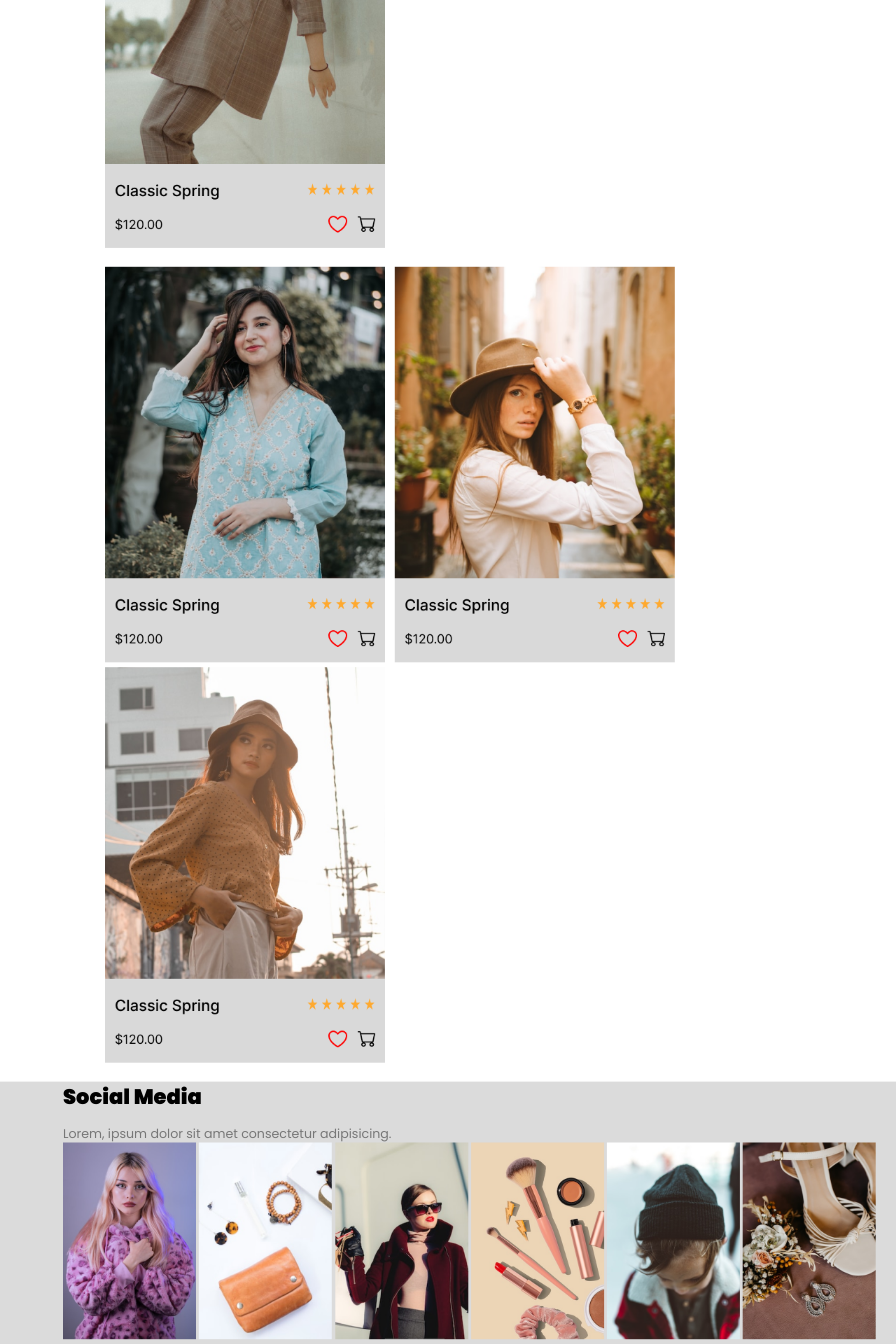
Repository: isaacCodes1/My-Project
Page: lifestyle.html
An editor plug-in stored every save of this project. The page is shown before and after the next save, followed by the edit.
The browser window is 1280 px wide. The pictures show the part of the page from y = 973 to 2893 px (the page is 2893 px tall), at 70% of full size.

Above is the page before, as saved 2024-03-21 18:21:14.

### lifestyle.html
<!DOCTYPE html>
<html lang="en">
  <head>
    <meta charset="UTF-8" />
    <meta name="viewport" content="width=device-width, initial-scale=1.0" />
    <link rel="stylesheet" href="style.css" />
    <link rel="stylesheet" href="Media query.css" />
    <title>Lifestyle Page</title>
  </head>
  <body>
    <main>
      <header>
        <nav>
          <!--------- NavItems ------->
          <div class="image">
            <a href="index.html"
              ><img src="/Assets/Pics/Vector (3).png" />FASHION</a
            >
          </div>
          <div class="navItems">
            <ul>
              <li><a href="catalogue.html">CATALOGUE</a></li>
              <li><a href="fashion.html">FASHION</a></li>
              <li><a href="favourite.html">FAVORITE</a></li>
              <li>
                <a style="color: #000" href="lifestyle.html">LIFESTYLE</a>
              </li>
              <li><a href="FAQ.html">FAQ'S</a></li>
            </ul>
            <a href="form.html"><button>SIGN UP</button></a>
          </div>
        </nav>
      </header>
    </main>
    <section class="faetured">
      <div class="featuredTxt">
        <h1>FEMALE CASUAL</h1>
      </div>
      <div class="featuredImg">
        <img src="/Assets/Group 307.png" alt="" />
        <img src="/Assets/Group 308.png" alt="" />
        <img src="/Assets/Group 309.png " alt="" />
      </div>
    </section>
    <section class="faetured">
      <div class="featuredImg">
        <img src="/Assets/Group 310.png" alt="" />
        <img src="/Assets/Group 311.png" alt="" />
        <img src="/Assets/Group 312.png" alt="" />
      </div>
    </section>
    <section class="foot">
        <div class="genFoot">
          <div class="footTxt">
            <h1>Social Media</h1>
            <p>Lorem, ipsum dolor sit amet consectetur adipisicing.</p>
          </div>
          <div class="footImg">
            <img src="/Assets/Purple girl.png" alt="" />
            <img src="/Assets/tools.png" alt="" />
            <img src="/Assets/Classy.png" alt="" />
            <img src="/Assets/Paint brush.png" alt="" />
            <img src="/Assets/Head.png" alt="" />
            <img src="/Assets/Heels.png" alt="" />
          </div>
        </div>
      </section>
  </body>
</html>

### style.css
@import url("https://fonts.googleapis.com/css2?family=Poppins:ital,wght@0,100;0,200;0,300;0,400;0,500;0,600;0,700;0,800;0,900;1,100;1,200;1,300;1,400;1,500;1,600;1,700;1,800;1,900&display=swap");
* {
  margin: 0;
  padding: 0;
  box-sizing: border-box;
  font-family: "Poppins", sans-serif;
}
nav {
  display: flex;
  align-items: center;
  justify-content: space-between;
  width: 100%;
  padding: 20px 40px;
}

.image a {
  display: flex;
  align-items: center;
  gap: 6px;
  text-decoration: none;
  color: #000;
  font-size: 16px;
  font-weight: 900;
}
.image a img {
  width: 16%;
}
.navItems {
  display: flex;
  gap: 30px;
  align-items: center;
}
.navItems ul {
  display: flex;
  gap: 30px;
  list-style: none;
}
.navItems ul li a {
  text-decoration: none;
  color: #000;
  font-size: 16px;
  font-weight: 500;
}
.navItems ul li a:hover {
  transform: scale(1.05);
  color: #ebd96b;
  font-style: italic;
  border: 1px solid #000;
  transition: 1s ease-in-out;
}
.navItems button {
  border: 0;
  background: #000;
  padding: 10px 20px;
  color: #fff;
  border-radius: 5px;
  font-size: 13px;
}
.navItems button:hover {
  transform: scale(1.05);
  transition: 1s ease-in-out;
  color: #000;
  background: rgb(137, 136, 136);
}
.welcome {
  font-size: 30px;
  font-weight: 900;
  font-style: oblique;
}
.firstPageCont {
  padding: 20px 40px;
}
.FirstPage {
  display: flex;
  flex: 1;
  width: 100%;
  height: 90vh;
  padding: 40px 10px 0px 10px;
  border-radius: 30px;
  background: #f4f6f5;
}
.txtCont {
  display: flex;
  flex: 0.5;
  flex-direction: column;
  gap: 10px;
  padding-left: 40px;
}

.txtCont h1 {
  font-size: 64px;
  font-weight: 900;
  width: 50%;
  line-height: 75px;
}

.txtCont p {
  font-size: 20px;
}
.txtBtn {
  display: flex;
  align-items: center;
  width: 80%;
  margin-top: 10px;
  gap: 10px;
}
.btns {
  border: 0;
  background: #000;
  padding: 10px 20px;
  color: #fff;
  border-radius: 5px;
  font-size: 19px;
}
.btns:hover {
  transform: scale(1.05);
  transition: 1s ease-in-out;
  color: #000;
  background: rgb(137, 136, 136);
}
.txtBtn img {
  width: 100px;
}
.imgCont {
  flex: 0.5;
  display: flex;
  position: relative;
}
.star1 {
  position: absolute;
  top: 5px;
  left: 10px;
}
.star1 img {
  width: 30px;
}
.star2 {
  position: absolute;
  top: 20px;
  left: 450px;
}
.star2 img {
  width: 30px;
}
.star3 {
  position: absolute;
  bottom: 10px;
  left: 70px;
}
.star3 img {
  width: 30px;
}
.star4 {
  position: absolute;
  bottom: 20px;
  left: 400px;
}
.star4 img {
  width: 30px;
}
.spn1 {
  display: flex;
  align-items: center;
  background-image: url(/Assets/Pics/rectangle1.png);
  background-size: cover;
  background-repeat: no-repeat;
  width: 100%;
  padding-left: 20px;
}
.spn2 {
  background-image: url(/Assets/Pics/Rectangle2.png);
  background-size: cover;
  background-repeat: no-repeat;
  padding-right: 50px;
  padding-left: 20px;
}
/* next Page */
.firstPageFooter {
  background: #ebd96b;
  padding: 20px 10px;
  display: flex;
  align-items: center;
  justify-content: center;
}
.logoCont {
  display: flex;
  justify-content: center;
  gap: 100px;
}
.logoCont img {
  width: 7%;
}
.nextPageCont {
  margin-top: 20px;
  padding: 20px 40px;
  display: flex;
  flex-direction: column;
  gap: 55px;
  margin-bottom: 50px;
}
.nextPageText {
  position: relative;
}
.nextPageText h1 {
  font-size: 38px;
  letter-spacing: 1px;
  font-weight: 900;
}
.nextPageText img {
  position: absolute;
  bottom: 5px;
  left: 200px;
  width: 10%;
  z-index: -1;
}
.prettyImages {
  display: flex;
  gap: 35px;
}

.prettyImg img {
  width: 100%;
}
.payDay {
  background: linear-gradient(
    1.32deg,
    #e0c340 0.13%,
    #dfc23e 3.97%,
    #e1c441 7.2%,
    #e3c743 10.13%,
    #e4c542 12.98%,
    #e6c744 15.99%,
    #e7c845 19.52%,
    #e5c643 23.96%,
    #e6c945 30.43%,
    #e3c743 36.49%,
    #e9ca48 42.49%,
    #edce49 49.35%,
    #f0d44c 55.42%,
    #f4d84f 61.43%,
    #f6da52 65.74%,
    #f7db53 72.23%,
    #f9dd55 77.43%,
    #f9df56 83.84%,
    #fae157 91.52%,
    #f9df56 97.87%
  );
}
.yellowTxt {
  flex-direction: column;
  margin-bottom: 10px;
}
.yellowTxt h1 {
  font-size: 65px;
  font-weight: 900;
}
.yellowTxt p {
  font-size: 22px;
  font-weight: 500;
}

.yellowImg img {
  flex: 0.5;
  display: flex;
  width: 600px;
  position: relative;
}

.genDiv {
  display: flex;
  align-items: center;
}
.btn1 {
  border: 0;
  background: #000;
  padding: 15px 25px;
  color: #fff;
  border-radius: 5px;
  font-size: 18px;
  font-weight: 500;
}
.btn:hover {
  transform: scale(1.05);
  transition: 1s ease-in-out;
  color: #000;
  background: rgb(137, 136, 136);
}
.spn3 {
  display: flex;
  background-image: url(/Assets/rectangle1.png);
  background-size: cover;
  background-repeat: no-repeat;
  width: 300px;
}
.nxtSect {
  margin-top: 20px;
  padding: 20px 40px;
  display: flex;
  flex-direction: column;
  gap: 50px;
  margin-bottom: 50px;
}
.Images2 {
  display: flex;
}
.prettyImg2 {
  position: relative;
}
.prettyImg2 img {
  width: 70;
  height: 500px;
  margin-left: 70px;
}
.nextPageCont2 {
  margin-top: 20px;
  padding: 20px 40px;
  display: flex;
  gap: 50px;
  margin-bottom: 50px;
  display: flex;
  justify-content: space-between;
  align-items: center;
}
.nextPageText2 {
  display: flex;
  flex-direction: column;
  margin-left: 50px;
}
.nextPageText2 p {
  margin-bottom: 30px;
  color: #898a89;
}
.nextPageText2 h1 {
  font-size: 30px;
  letter-spacing: 1px;
  font-weight: 900;
}
.nextPageText2 img {
  width: 30%;
  cursor: pointer;
  display: flex;
}
.store {
  display: flex;
  justify-content: space-between;
}
.store a img {
  width: 140px;
  gap: 50px;
}
.circle1 {
  position: absolute;
  right: 350px;
  bottom: 500px;
}
.circle1 img {
  width: 15px;
  height: 15px;
  display: flex;
}
.circley {
  position: absolute;
  right: 0;
  bottom: 470px;
}
.circley img {
  width: 30px;
  height: 30px;
}
.circleye {
  position: absolute;
  right: 400px;
  bottom: 60px;
}
.circleye img {
  width: 17px;
  height: 17px;
}
.circle2 {
  position: absolute;
  right: 0;
  bottom: 100px;
}
.circle2 img {
  width: 10px;
  height: 10px;
}
.elipses {
  position: absolute;
}
.bigC {
  position: absolute;
  right: -12px;
  bottom: 100px;
  z-index: -1;
}
.bigC img {
  width: 300px;
  height: 300px;
  background: transparent;
}

.largeC {
  position: absolute;
  right: -41px;
  bottom: 70px;
  z-index: -1;
}
.largeC img {
  width: 360px;
  height: 360px;
  /* background: transparent; */
}
.largeC1 {
  position: absolute;
  right: -70px;
  bottom: 50px;
  z-index: -1;
}
.largeC1 img {
  width: 420px;
  height: 400px;
}
.footerDiv {
  background: #e5c643;
  padding-bottom: 170px;
}
.h1footer {
  color: #fff;
  text-align: center;
  padding-top: 50px;
  font-size: 30px;
  font-weight: 1000;
}
.pFooter {
  display: flex;
  flex-direction: column;
  justify-content: center;
  align-items: center;
  text-align: center;
  color: #fff;
  font-size: 30px;
}

.input {
  background: #fff;
  width: 40%;
  padding: 5px 0px;
  border-radius: 10px;
}
.input input {
  background: none;
  border: 0;
  padding: 13px 0px 13px 0px;
  width: 76%;
  font-size: 17px;
  outline: 0;
}
.input a {
  font-size: 20px;
  text-decoration: 0;
  color: #fff;
  background: #000;
  padding: 10px 30px;
  border-radius: 5px;
}
.input a:hover {
  transform: scale(1.05);
  transition: 1s ease-in-out;
  color: #000;
  background: rgb(137, 136, 136);
}
.alert {
  border: 1px solid;
  text-decoration: none;
  font-size: 15px;
  background: blue;
  color: #fff;
  border-top-left-radius: 15px;
}
.alert:hover {
  background: black;
  color: #fff;
  border-top-left-radius: 5px;
  transition: 1s ease-in-out;
}
.footDiv {
  display: flex;
  background: #000;

  place-items: center;
  padding: 100px;
}

.footTxt {
  display: flex;
  flex-direction: column;
  gap: 15px;
}
.footTxt h1 {
  color: #fff;
  font-size: 30px;
  font-weight: 900;
}
.footTxt p {
  color: #777;
  font-size: 18px;
}
.socialIcons {
  display: flex;
  gap: 20px;
}

.icon {
  background: #ebd96b;
  width: 30px;
  display: flex;
  align-items: center;
  justify-content: center;
  height: 30px;
  border-radius: 8px;
}
.icon img {
  display: flex;
  align-items: center;
  width: 40px;
  place-items: center;
}
.btn33 {
  background: #000;
  color: #fff;
  padding: 15px;
  border-radius: 7px;
  border: 1px;
  font-size: 16px;
  transition: 1s ease-in-out;
}
.btn33:hover {
  color: #000;
  background: #dbdbdb;
}
.links {
  margin-left: 150px;
  padding-right: 20px;
  margin-bottom: 50px;
}
.links1 a {
  color: #fff;
  font-size: 18px;
  text-decoration: none;
}
.links2 a {
  text-decoration: none;
  color: #777;
  font-size: 11px;
}
.links1 {
  display: flex;
  flex-direction: column;
  color: #fff;
  font-size: 18px;
  margin-top: 0px;
}
.links2 {
  color: #777;
  font-size: 11px;
  padding-top: 5px;
}
.faetured {
  margin-bottom: 20px;
}
.faetured1 {
  margin-bottom: 50px;
}
.featuredTxt h1 {
  font-size: 40px;
  margin-left: 150px;
  margin-bottom: 50px;
}
.featuredImg {
  margin-left: 150px;
}
.featuredImg img {
  margin-right: 10px;
}
.welcome1 {
  font-size: 18px;
  font-weight: bold;
  font-style: italic;
}
.bee {
  margin-bottom: 40px;
}
.beeGen {
  background: url(/Assets/Background.png);
  background-repeat: no-repeat;
  display: flex;
}
.beetxt {
  color: #fff;
  margin-top: 70px;
}
.beetxt h1 {
  font-size: 30px;
  text-align: center;
}
.beetxt p {
  text-align: center;
  font-size: 15px;
}
.bbtn {
  border: 1px #fff;
  padding: 1px;
  font-size: 14px;
  margin-left: 200px;
  background: rgba(58, 56, 56, 0.274);
  transition: 1s ease-in-out;
}
.bbtn:hover {
  color: #000;
  background: #fff;
  transform: scale(1.05);
}
.sign {
  text-decoration: none;
}
.button2 {
  background-color: white;
  color: black;
  border-radius: 10em;
  font-size: 17px;
  font-weight: 600;
  padding: 1em 2em;
  cursor: pointer;
  transition: all 0.3s ease-in-out;
  border: 1px solid black;
  box-shadow: 0 0 0 0 black;
}

.button2:hover {
  transform: translateY(-4px) translateX(-2px);
  box-shadow: 2px 5px 0 0 black;
}

.button2:active {
  transform: translateY(2px) translateX(1px);
  box-shadow: 0 0 0 0 black;
}
.genFoot {
  background: #dbdbdb;
  padding-left: 90px;
}
.footTxt h1, p{
    color: #000;
}

### Media query.css
@media (max-width: 488px) {
  nav {
    flex-direction: column;
    gap: 10px;
    background: #dbdbdb;
  }
  .navItems {
    flex-direction: column;
    gap: 10px;
    color: #fff;
  }
  .navItems ul {
    gap: 15px;
    color: #fff;
    border: 1px solid #000;
  }
  .navItems ul li a {
    font-size: 13px;
  }
  .welcome {
    font-size: 20px;
  }
  .firstPageCont {
    padding: 0px;
  }
  .FirstPage {
    flex-direction: column;
    height: auto;
    padding: 0px;
  }

  .txtCont h1 {
    font-size: 50px;
    width: 100%;
  }
  .txtCont p {
    font-size: 15px;
  }
  .btns {
    font-size: 12px;
    margin-bottom: 20px;
  }
  .imgCont {
    flex-direction: column;
    width: 100%;
    display: none;
  }
  .spn1 {
    display: flex;
    align-items: center;
    background-image: url(/Assets/Pics/rectangle1.png);
    background-size: cover;
    background-repeat: no-repeat;
    width: 60%;
  }
  .spn2 {
    background-image: url(/Assets/Pics/Rectangle2.png);
    background-size: cover;
    background-repeat: no-repeat;
  }
  .logoCont {
    display: flex;
    justify-content: center;
    gap: 20px;
  }
  .logoCont img {
    width: 10%;
  }
  .prettyImages {
    display: flex;
    flex-direction: column;
  }
  .nextPageText img {
    position: absolute;
    bottom: 10px;
    left: 120px;
    width: 30%;
    z-index: -1;
  }
  .cardsContainer {
    display: flex;
    flex-direction: column;
    gap: 20px;
  }
  .genDiv {
    display: flex;
    flex-direction: column;
  }
  .yellowImg img {
    width: 100%;
  }
  .yellowTxt h1 {
    font-size: 40px;
  }
  .spn3 {
    width: 200px;
  }
  .yellowTxt p {
    font-size: 15px;
  }
  .btn {
    font-size: 12px;
  }
  .nextPageCont2 {
    display: flex;
    flex-direction: column;
    margin-bottom: 10px;
  }
  .nextPageText2 {
    margin-left: 0;
  }
  .nextPageText2 h1 {
    font-size: 25px;
  }
  .prettyImg2 {
    display: none;
  }
  .footerDiv {
    margin-left: 0;
  }
  .h1footer {
    font-size: 11px;
    text-align: 20px;
  }
  .pFooter p {
    font-size: 10px;
    margin-bottom: 2 0px;
  }
  .input {
    width: 90%;
  }
  .input::placeholder {
    font-size: 12px;
  }
  .input a {
    font-size: 5px;
  }
  .footDiv {
    display: flex;
    flex-direction: column;
    align-items: center;
  }
  .links {
    margin-left: 5px;
  }
  .icon {
    margin-bottom: 20px;
  }
  .icon img {
    width: 30px;
  }
  .links1 a {
    font-size: 15px;
  }
}

After the next save:
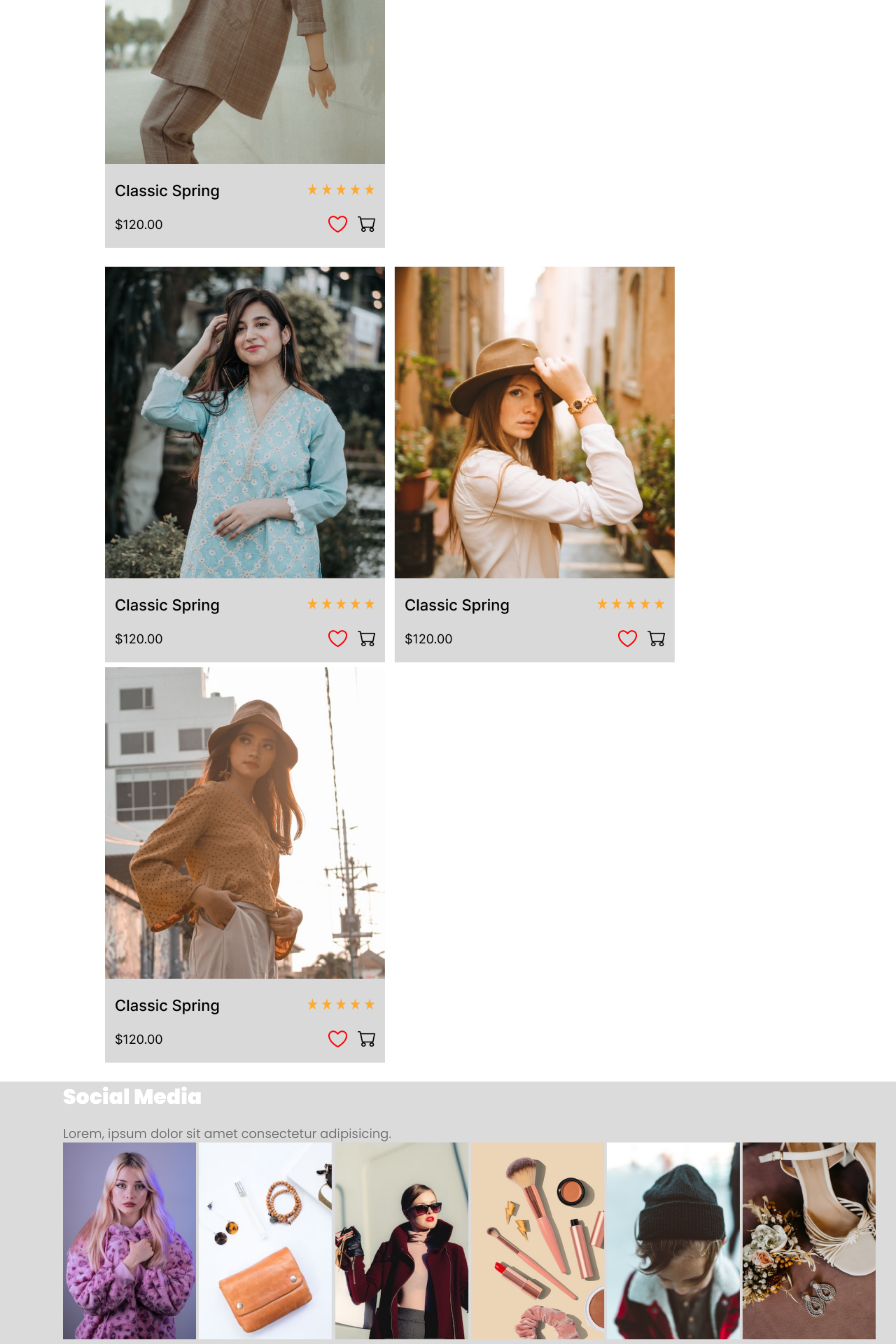
Saved 6 s later.
--- a/style.css
+++ b/style.css
@@ -650,6 +650,6 @@
   background: #dbdbdb;
   padding-left: 90px;
 }
-.footTxt h1, p{
-    color: #000;
-}
+.footTxt h1 p {
+  color: #000;
+}

After the save that followed:
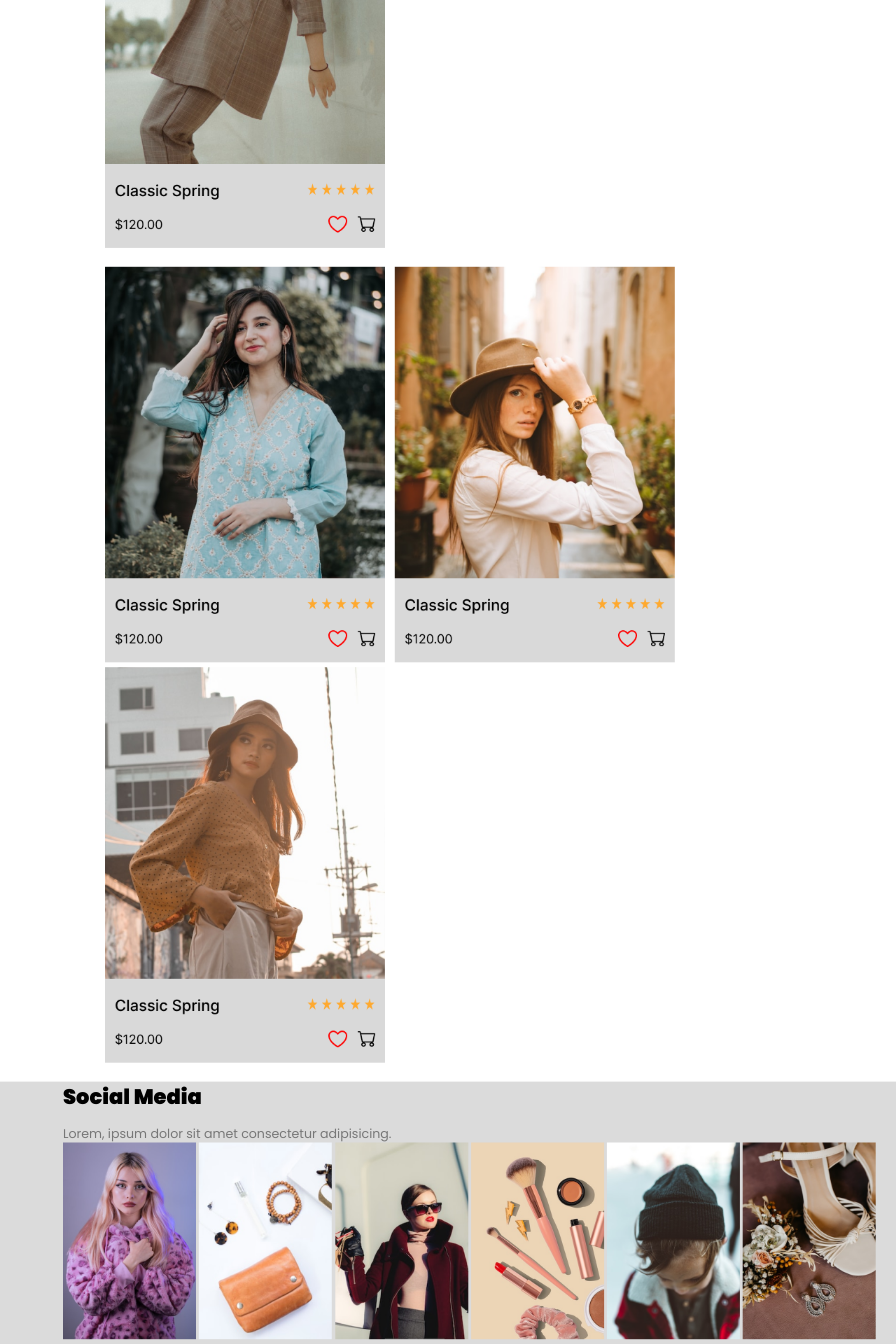
Saved 5 s later.
--- a/style.css
+++ b/style.css
@@ -650,6 +650,6 @@
   background: #dbdbdb;
   padding-left: 90px;
 }
-.footTxt h1 p {
-  color: #000;
-}
+.footTxt h1{
+    color: #000;
+}
